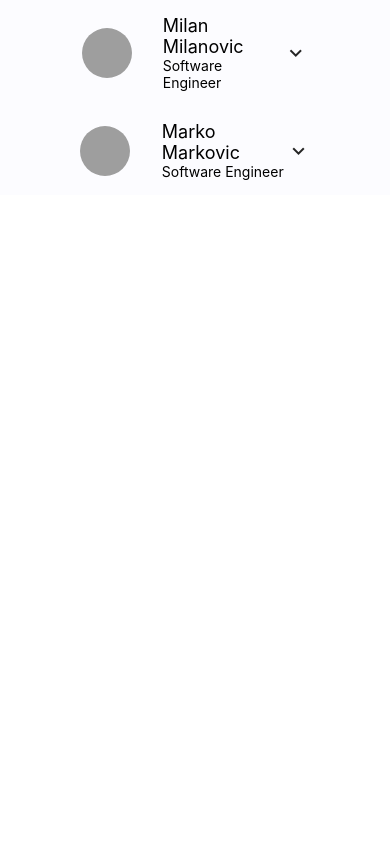
Repository: likanbl/intern-feature
Screen: /
The author's editor kept a copy of each file at every save. The screen is drawn from the files as they stood at one save, then again after the next save.
Pictures or frames that could not be fetched are drawn as grey boxes. The app was drawn by React Native's web renderer in a window 390 px wide. The project was rebuilt for these pictures with package versions that can differ from the ones it lists, and the page was loaded fresh each time.

Above is the screen before, as saved 2019-09-16 14:33:00.

### App.js
import React, {Component} from 'react';

import InternScreen from './src/components/intern-feature/InternScreen';

export default class App extends Component {
  render() {
    return <InternScreen></InternScreen>;
  }
}

### src/components/intern-feature/InternScreen.js
import React, {Component} from 'react';
import {View, FlatList, Text, StyleSheet} from 'react-native';
import Data from './InternData';
import {InternItems} from './InternItems';

export default class InterScreen extends Component {
  renderItem = ({item}) => <InternItems item={item} />;

  render() {
    return (
      <View>
        <FlatList
          data={Data}
          renderItem={this.renderItem}
          keyExtractor={Data.id}
        />
      </View>
    );
  }
}

### src/components/intern-feature/InternData.js
export default [
  {
    Name: 'Milan Milanovic',
    role: 'Software Engineer',
    additionalInfo:
      'Lorem ipsum dolor sit amet, consectetur adipiscing elit, sed do eiusmod tempor incididunt ut labore et dolore magna aliqua.',
  },

  {
    Name: 'Marko Markovic',
    role: 'Software Engineer',
    additionalInfo:
      'Lorem ipsum dolor sit amet, consectetur adipiscing elit, sed do eiusmod tempor incididunt ut labore et dolore magna aliqua.',
  },
];

### src/components/intern-feature/InternItems.js
import React, {Component, useState} from 'react';
import {View, Text, Image, TouchableWithoutFeedback} from 'react-native';
import PropTypes from 'prop-types';
import {images} from '../../assets/images';
import {Avatar, Icon} from 'react-native-elements';
import styles from './styles';

const propTypes = {
  item: PropTypes.object,
};

export function InternItems(props) {
  const [isOpen, setIsOpen] = useState(false);

  return (
    <View style={styles.card}>
      <View style={styles.cardContainer}>
        <TouchableWithoutFeedback
          onPress={() => {
            setIsOpen(!isOpen);
          }}>
          <View style={styles.cardContainer}>
            <View style={styles.avatarView}>
              <Avatar
                size="medium"
                rounded
                source={{
                  uri:
                    'https://s3.amazonaws.com/uifaces/faces/twitter/ladylexy/128.jpg',
                }}
              />
            </View>
            <View style={styles.titleView}>
              <Text style={styles.title}>{props.item.Name}</Text>
              <Text style={styles.role}>{props.item.role}</Text>
              <Text style={styles.role}>{props.item.skills}</Text>
            </View>
            <Icon name={isOpen ? 'keyboard-arrow-up' : 'keyboard-arrow-down'} />
          </View>
        </TouchableWithoutFeedback>
        {isOpen && (
          <View style={styles.titleContainer}>
            <Text style={styles.description}>{props.item.additionalInfo}</Text>
          </View>
        )}
      </View>
    </View>
  );
}

InternItems.propTypes = propTypes;

### src/assets/images.js
export const images = {
  expand: require('../../resources/expand.png'),
  close: require('../../resources/close.png'),
};

### src/components/intern-feature/styles.js
import {StyleSheet} from 'react-native';

export default StyleSheet.create({
  card: {
    flex: 1,
    padding: 15,
    backgroundColor: '#FCFCFF',
  },
  cardContainer: {
    flex: 1,
    flexDirection: 'column',
    elevation: 1,
    borderRadius: 5,
    backfaceVisibility: 'hidden',
    backgroundColor: 'white',

    padding: 15,
  },
  avatarView: {
    flex: 1,
    alignItems: 'flex-start',
    justifyContent: 'center',
  },
  titleView: {
    flex: 2,
    alignItems: 'flex-start',
    justifyContent: 'center',
    marginLeft: 20,
  },

  cardContainer: {
    flexDirection: 'row',
    justifyContent: 'space-around',
    alignItems: 'center',
  },
  title: {
    flex: 1,
    fontSize: 18,
  },
  role: {
    flex: 1,
    fontSize: 14,
  },
  description: {
    flex: 1,
    fontSize: 22,
    color: 'gray',
    paddingTop: 10,
  },
  image: {
    width: 20,
    height: 20,
  },
});

After the next save:
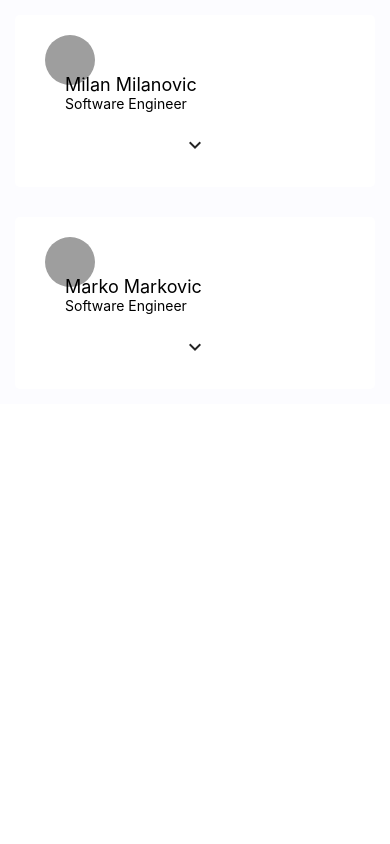
Saved 24 s later.
--- a/src/components/intern-feature/styles.js
+++ b/src/components/intern-feature/styles.js
@@ -5,6 +5,11 @@ export default StyleSheet.create({
     flex: 1,
     padding: 15,
     backgroundColor: '#FCFCFF',
+  },
+  cardContainer: {
+    flexDirection: 'row',
+    justifyContent: 'space-around',
+    alignItems: 'center',
   },
   cardContainer: {
     flex: 1,
@@ -28,11 +33,6 @@ export default StyleSheet.create({
     marginLeft: 20,
   },
 
-  cardContainer: {
-    flexDirection: 'row',
-    justifyContent: 'space-around',
-    alignItems: 'center',
-  },
   title: {
     flex: 1,
     fontSize: 18,
